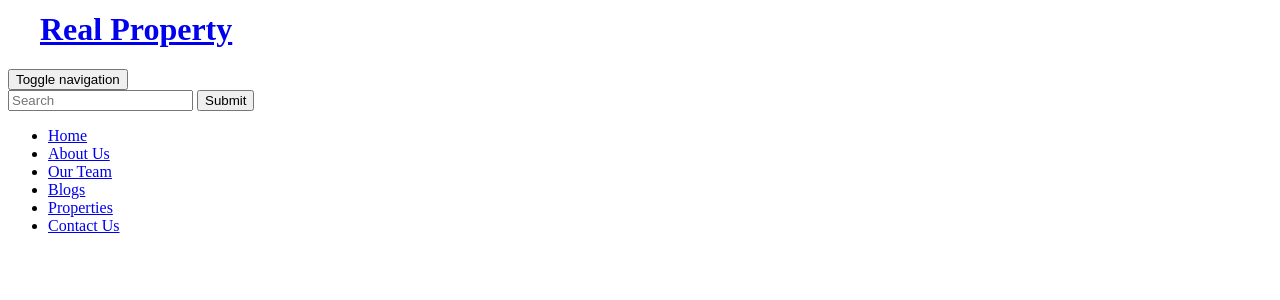
Repository: Apeksha14/AngularAppExample
Page: public/templates/header.html
The author's editor kept a copy of each file at every save. The page is drawn from the files as they stood at one save, then again after the next save.
The browser window is 1280 px wide. The pictures show the whole page.

Above is the page before, as saved 2017-05-01 16:50:23.

### public/templates/header.html
<div class="header" id="home">
		<div class="container">
			<div class="logo">
				<h1><a href="index.html"><i><img src="images/logo.png" alt="" /></i>Real Property</a></h1>
			</div>

			<div class="header-left">
				<nav class="navbar navbar-default">
					<!-- Brand and toggle get grouped for better mobile display -->
					<div class="navbar-header">
					  <button type="button" class="navbar-toggle collapsed" data-toggle="collapse" data-target="#bs-example-navbar-collapse-1">
						<span class="sr-only">Toggle navigation</span>
						<span class="icon-bar"></span>
						<span class="icon-bar"></span>
						<span class="icon-bar"></span>
					  </button>
					</div>

					<!-- Collect the nav links, forms, and other content for toggling -->
					<div class="collapse navbar-collapse nav-wil" id="bs-example-navbar-collapse-1">

						<div class="header-right-search">
							<form ng-submit="sub()">
								<input type="search" ng-model="formData.desc" placeholder="Search" required="" />
								<input type="submit" ng-click="sub(desc)">
							</form>
						</div>

						<nav class="link-effect-9" id="link-effect-9">
							<ul class="nav navbar-nav">
								<li class="active"><a class="hvr-overline-from-center scroll" href="index.html">Home</a></li>
								<li><a href="#about" class="hvr-overline-from-center scroll">About Us</a></li>
								<li><a href="#faq" class="hvr-overline-from-center scroll">Our Team</a></li>
								<li><a href="#blogs" class="hvr-overline-from-center scroll">Blogs</a></li>
								<li><a href="#properties" class="hvr-overline-from-center scroll">Properties</a></li>
								<li><a href="#contact" class="hvr-overline-from-center scroll">Contact Us</a></li>
							</ul>
						</nav>
					</div>
					<!-- /.navbar-collapse -->
				</nav>
			</div>
		</div>
	</div>
<!-- //header -->

After the next save:
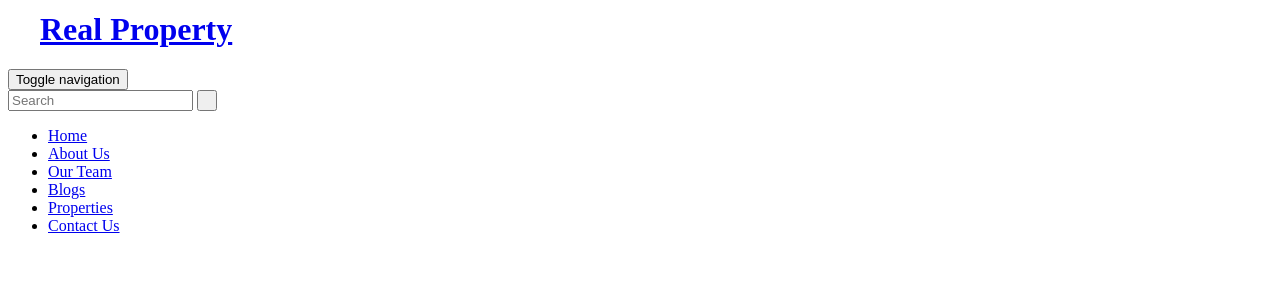
Saved 99 s later.
--- a/public/templates/header.html
+++ b/public/templates/header.html
@@ -20,9 +20,9 @@
 					<div class="collapse navbar-collapse nav-wil" id="bs-example-navbar-collapse-1">
 
 						<div class="header-right-search">
-							<form ng-submit="sub()">
-								<input type="search" ng-model="formData.desc" placeholder="Search" required="" />
-								<input type="submit" ng-click="sub(desc)">
+							<form action="#" method="post">
+								<input type="search" placeholder="Search" required="" />
+								<input type="submit" value=" ">
 							</form>
 						</div>
 
@@ -30,7 +30,7 @@
 							<ul class="nav navbar-nav">
 								<li class="active"><a class="hvr-overline-from-center scroll" href="index.html">Home</a></li>
 								<li><a href="#about" class="hvr-overline-from-center scroll">About Us</a></li>
-								<li><a href="#faq" class="hvr-overline-from-center scroll">Our Team</a></li>
+								<li><a href="#team" class="hvr-overline-from-center scroll">Our Team</a></li>
 								<li><a href="#blogs" class="hvr-overline-from-center scroll">Blogs</a></li>
 								<li><a href="#properties" class="hvr-overline-from-center scroll">Properties</a></li>
 								<li><a href="#contact" class="hvr-overline-from-center scroll">Contact Us</a></li>
